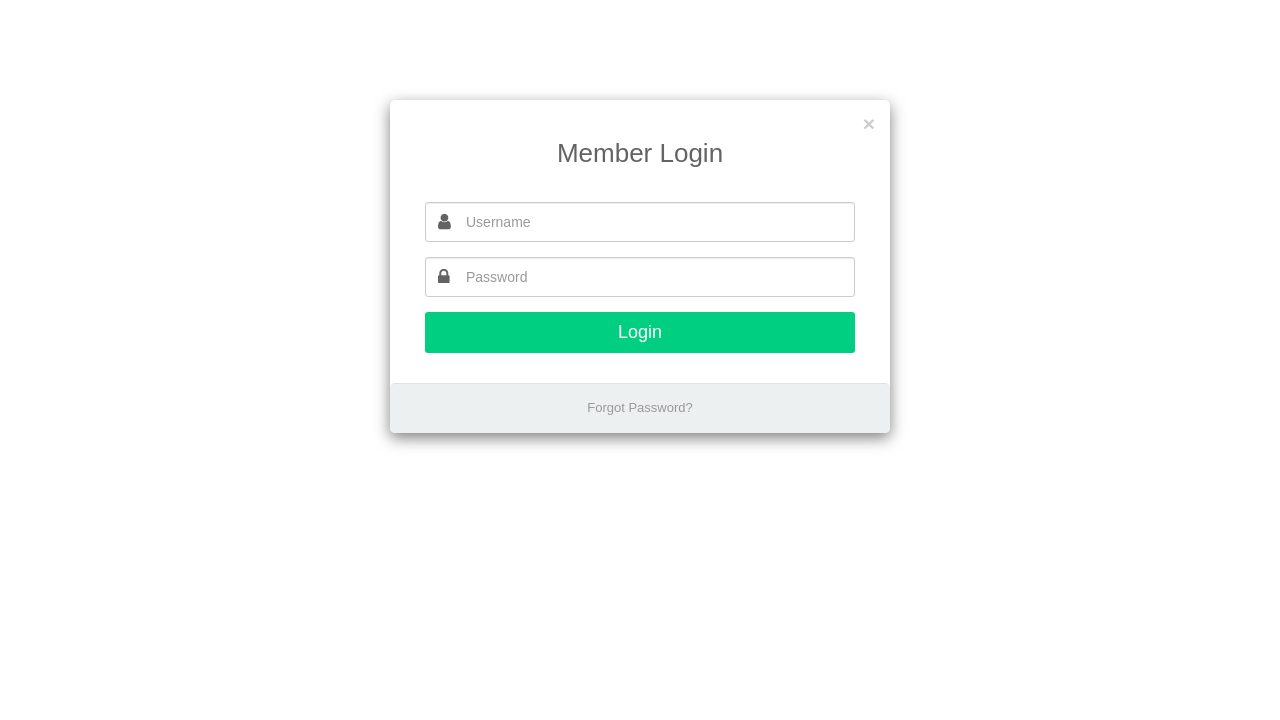
Repository: thuliobarbosa/Make_and_Cia
Page: Projeto_Make&Cia/MakeAndCia/WebContent/www/login.html
These files come from the project's save history. The page is drawn as it stood at one moment and after the next save; the edit follows.
The browser window is 1280 px wide. The pictures show the whole page.
Some web fonts or font styles are not loaded; a fallback is used.

Above is the page before, as saved 2020-11-10 19:48:13.

### Projeto_Make&Cia/MakeAndCia/WebContent/www/login.html
<!DOCTYPE html>
<html lang="en">
<head>
<meta charset="utf-8">
<meta http-equiv="X-UA-Compatible" content="IE=edge">
<meta name="viewport" content="width=device-width, initial-scale=1">
<title>Bootstrap Elegant Modal Login Modal Form with Icons</title>
<link href="https://fonts.googleapis.com/css?family=Roboto|Varela+Round" rel="stylesheet">
<link rel="stylesheet" href="https://maxcdn.bootstrapcdn.com/font-awesome/4.7.0/css/font-awesome.min.css">
<link rel="stylesheet" href="https://maxcdn.bootstrapcdn.com/bootstrap/3.3.7/css/bootstrap.min.css">
<script src="https://ajax.googleapis.com/ajax/libs/jquery/1.12.4/jquery.min.js"></script>
<script src="https://maxcdn.bootstrapcdn.com/bootstrap/3.3.7/js/bootstrap.min.js"></script>
<style>
    body {
		font-family: 'Varela Round', sans-serif;
	}
	.modal-login {
		color: #636363;
		width: 500px;
		margin: 100px auto;
	}
	.modal-login .modal-content {
		padding: 20px;
		border-radius: 5px;
		border: none;
	}
	.modal-login .modal-header {
		border-bottom: none;
		position: relative;
		justify-content: center;
	}
	.modal-login h4 {
		text-align: center;
		font-size: 26px;
	}
	.modal-login  .form-group {
		position: relative;
	}
	.modal-login i {
		position: absolute;
		left: 13px;
		top: 11px;
		font-size: 18px;
	}
	.modal-login .form-control {
		padding-left: 40px;
	}
	.modal-login .form-control:focus {
		border-color: #00ce81;
	}
	.modal-login .form-control, .modal-login .btn {
		min-height: 40px;
		border-radius: 3px;
	}
	.modal-login .hint-text {
		text-align: center;
		padding-top: 10px;
	}
	.modal-login .close {
        position: absolute;
		top: -5px;
		right: -5px;
	}
	.modal-login .btn {
		background: #00ce81;
		border: none;
		line-height: normal;
	}
	.modal-login .btn:hover, .modal-login .btn:focus {
		background: #00bf78;
	}
	.modal-login .modal-footer {
		background: #ecf0f1;
		border-color: #dee4e7;
		text-align: center;
		margin: 0 -20px -20px;
		border-radius: 5px;
		font-size: 13px;
		justify-content: center;
	}
	.modal-login .modal-footer a {
		color: #999;
	}
	.trigger-btn {
		display: inline-block;
		margin: 100px auto;
	}
</style>
</head>
<body>

<!-- Modal HTML -->
	<div class="modal-dialog modal-login">
		<div class="modal-content">
			<div class="modal-header">
				<h4 class="modal-title">Member Login</h4>
				<button type="button" class="close" data-dismiss="modal" aria-hidden="true">&times;</button>
			</div>
			<div class="modal-body">
				<form action="/examples/actions/confirmation.php" method="post">
					<div class="form-group">
						<i class="fa fa-user"></i>
						<input type="text" class="form-control" placeholder="Username" required="required">
					</div>
					<div class="form-group">
						<i class="fa fa-lock"></i>
						<input type="password" class="form-control" placeholder="Password" required="required">
					</div>
					<div class="form-group">
						<input type="submit" class="btn btn-primary btn-block btn-lg" value="Login">
					</div>
				</form>
			</div>
			<div class="modal-footer">
				<a href="#">Forgot Password?</a>
			</div>
		</div>
	</div>
</body>
</html>

After the next save:
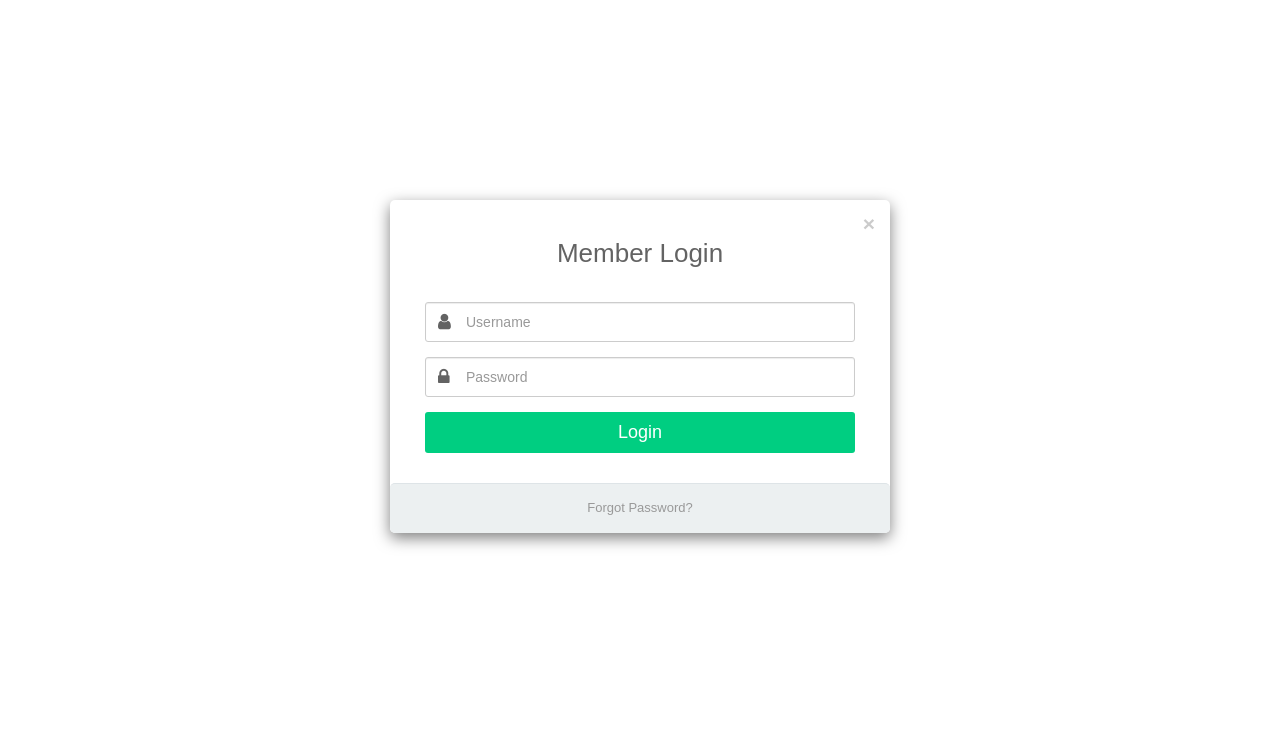
Saved 9 s later.
--- a/Projeto_Make&Cia/MakeAndCia/WebContent/www/login.html
+++ b/Projeto_Make&Cia/MakeAndCia/WebContent/www/login.html
@@ -17,7 +17,7 @@
 	.modal-login {
 		color: #636363;
 		width: 500px;
-		margin: 100px auto;
+		margin: 200px auto;
 	}
 	.modal-login .modal-content {
 		padding: 20px;
